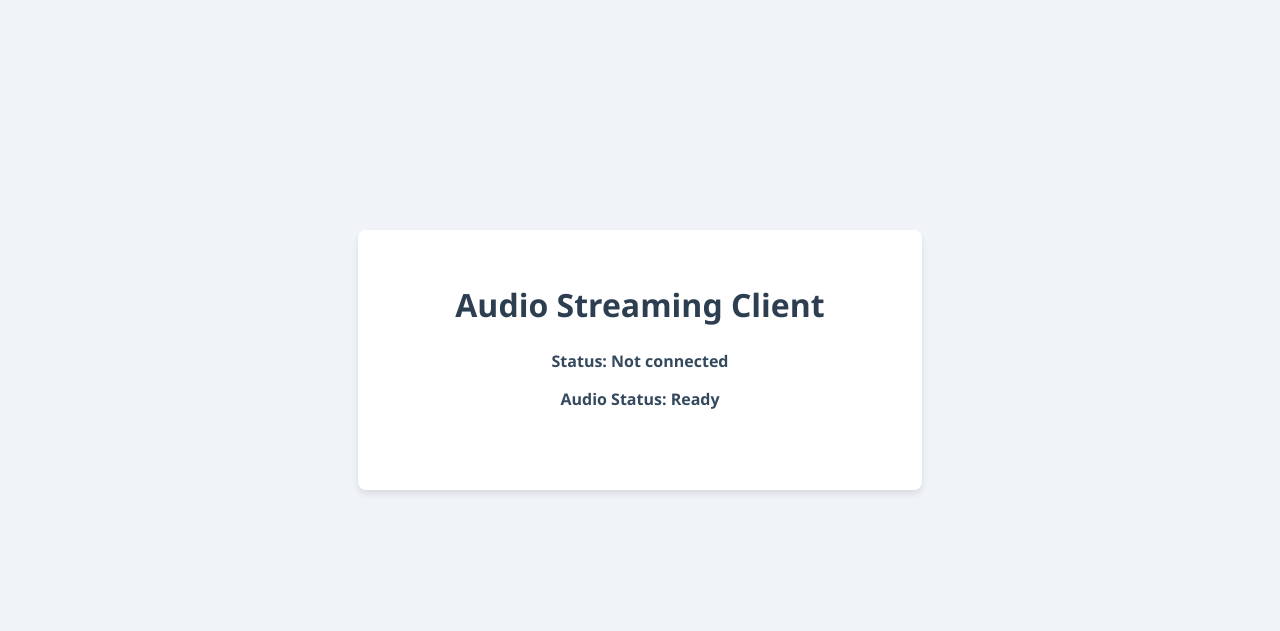
Repository: organicnz/audio
Page: templates/audio_client.html
An editor plug-in stored every save of this project. The page is shown before and after the next save, followed by the edit.
The browser window is 1280 px wide. The pictures show the whole page.

Above is the page before, as saved 2024-10-30 14:20:51.

After the next save:
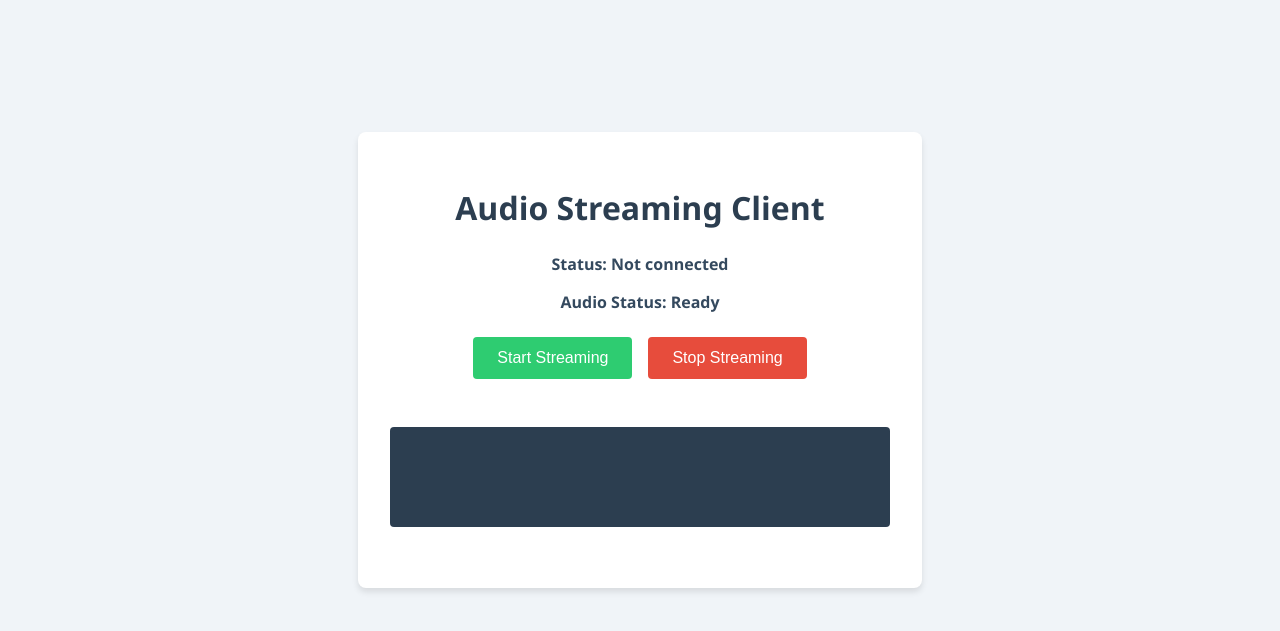
Saved 25 s later.
--- a/templates/audio_client.html
+++ b/templates/audio_client.html
@@ -92,4 +92,140 @@
         <div id="status">Status: Not connected</div>
         <div id="audioStatus">Audio Status: Ready</div>
         <div class="button-container">
-            <button id="start
+            <button id="startBtn">Start Streaming</button>
+            <button id="stopBtn" disabled>Stop Streaming</button>
+        </div>
+        <canvas id="visualizer"></canvas>
+        <ul id="recordingsList"></ul>
+    </div>
+
+    <script>
+        let socket;
+        let audioContext;
+        let mediaStreamSource;
+        let scriptProcessor;
+        let analyser;
+
+        const startBtn = document.getElementById('startBtn');
+        const stopBtn = document.getElementById('stopBtn');
+        const status = document.getElementById('status');
+        const audioStatus = document.getElementById('audioStatus');
+        const recordingsList = document.getElementById('recordingsList');
+        const visualizer = document.getElementById('visualizer');
+        const visualizerContext = visualizer.getContext('2d');
+
+        startBtn.onclick = startStreaming;
+        stopBtn.onclick = stopStreaming;
+
+        function startStreaming() {
+            audioStatus.textContent = 'Audio Status: Initializing...';
+            status.textContent = 'Status: Connecting...';
+
+            socket = new WebSocket('ws://' + window.location.host + '/ws');
+
+            socket.onopen = () => {
+                status.textContent = 'Status: Connected';
+                navigator.mediaDevices.getUserMedia({ audio: true })
+                    .then(stream => {
+                        audioStatus.textContent = 'Audio Status: Microphone access granted';
+                        audioContext = new (window.AudioContext || window.webkitAudioContext)();
+                        mediaStreamSource = audioContext.createMediaStreamSource(stream);
+                        analyser = audioContext.createAnalyser();
+                        scriptProcessor = audioContext.createScriptProcessor(4096, 1, 1);
+
+                        mediaStreamSource.connect(analyser);
+                        analyser.connect(scriptProcessor);
+                        scriptProcessor.connect(audioContext.destination);
+
+                        scriptProcessor.onaudioprocess = function(audioProcessingEvent) {
+                            const inputBuffer = audioProcessingEvent.inputBuffer;
+                            const inputData = inputBuffer.getChannelData(0);
+
+                            // Convert float32 to int16
+                            const pcmData = new Int16Array(inputData.length);
+                            for (let i = 0; i < inputData.length; i++) {
+                                pcmData[i] = inputData[i] * 0x7FFF;
+                            }
+
+                            socket.send(JSON.stringify({
+                                event: 'audio',
+                                data: Array.from(pcmData)
+                            }));
+
+                            drawVisualizer();
+                        };
+
+                        startBtn.disabled = true;
+                        stopBtn.disabled = false;
+                        audioStatus.textContent = 'Audio Status: Streaming';
+                    })
+                    .catch(err => {
+                        audioStatus.textContent = 'Audio Status: Error accessing microphone: ' + err.message;
+                    });
+            };
+
+            socket.onclose = () => {
+                status.textContent = 'Status: Disconnected';
+                startBtn.disabled = false;
+                stopBtn.disabled = true;
+            };
+
+            socket.onerror = (error) => {
+                status.textContent = 'Status: WebSocket Error: ' + error.message;
+            };
+        }
+
+        function stopStreaming() {
+            if (scriptProcessor) {
+                scriptProcessor.disconnect();
+                analyser.disconnect();
+                mediaStreamSource.disconnect();
+                audioContext.close();
+            }
+            if (socket) {
+                socket.send(JSON.stringify({ event: 'stop' }));
+                socket.close();
+            }
+            const listItem = document.createElement('li');
+            listItem.textContent = `Recording saved`;
+            recordingsList.appendChild(listItem);
+            startBtn.disabled = false;
+            stopBtn.disabled = true;
+            audioStatus.textContent = 'Audio Status: Stopped';
+            status.textContent = 'Status: Disconnected';
+
+            // Clear visualizer
+            visualizerContext.clearRect(0, 0, visualizer.width, visualizer.height);
+        }
+
+        function drawVisualizer() {
+            requestAnimationFrame(drawVisualizer);
+            const bufferLength = analyser.frequencyBinCount;
+            const dataArray = new Uint8Array(bufferLength);
+            analyser.getByteFrequencyData(dataArray);
+
+            visualizerContext.fillStyle = 'rgb(44, 62, 80)';
+            visualizerContext.fillRect(0, 0, visualizer.width, visualizer.height);
+
+            const barWidth = (visualizer.width / bufferLength) * 2.5;
+            let x = 0;
+
+            for (let i = 0; i < bufferLength; i++) {
+                const barHeight = dataArray[i] / 2;
+                visualizerContext.fillStyle = `rgb(${barHeight + 100}, 233, 113)`;
+                visualizerContext.fillRect(x, visualizer.height - barHeight, barWidth, barHeight);
+                x += barWidth + 1;
+            }
+        }
+
+        // Set canvas size
+        function resizeCanvas() {
+            visualizer.width = visualizer.clientWidth;
+            visualizer.height = visualizer.clientHeight;
+        }
+
+        window.addEventListener('resize', resizeCanvas);
+        resizeCanvas();
+    </script>
+</body>
+</html>
